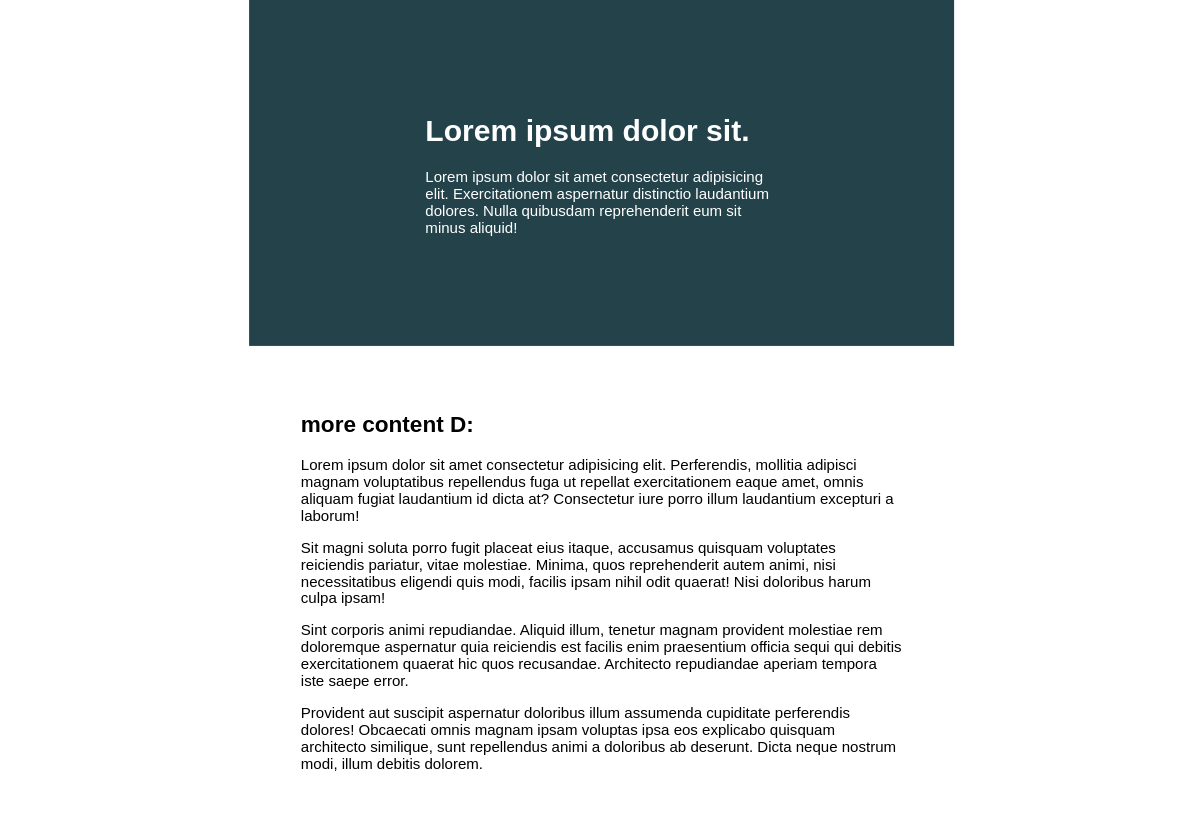
Repository: ufanodev/responsive-3
Page: index.html
The author's editor kept a copy of each file at every save. The page is drawn from the files as they stood at one save, then again after the next save.
The browser window is 1280 px wide. The pictures show the whole page, at 94% of full size.

Above is the page before, as saved 2022-12-10 19:43:09.

### index.html
<!DOCTYPE html>
<html lang="en">
<head>
    <meta charset="UTF-8">
    <meta name="viewport" content="width=device-width, initial-scale=1.0">
    <title>KP Responsive Course</title>

    <link rel="stylesheet" href="style.css">
</head>
<body>

    <div class="container">
        <div class="intro-content">
            <h1>Lorem ipsum dolor sit.</h1>
            <p>Lorem ipsum dolor sit amet consectetur adipisicing elit. Exercitationem aspernatur distinctio laudantium dolores. Nulla quibusdam reprehenderit eum sit minus aliquid!</p>
        </div>
    </div>

    <div class ="intro-content2">
        <h2>more content D:</h2>
            <p>Lorem ipsum dolor sit amet consectetur adipisicing elit. Perferendis, mollitia adipisci magnam voluptatibus repellendus fuga ut repellat exercitationem eaque amet, omnis aliquam fugiat laudantium id dicta at? Consectetur iure porro illum laudantium excepturi a laborum!</p>

            <p>Sit magni soluta porro fugit placeat eius itaque, accusamus quisquam voluptates reiciendis pariatur, vitae molestiae. Minima, quos reprehenderit autem animi, nisi necessitatibus eligendi quis modi, facilis ipsam nihil odit quaerat! Nisi doloribus harum culpa ipsam!</p>

            <p>Sint corporis animi repudiandae. Aliquid illum, tenetur magnam provident molestiae rem doloremque aspernatur quia reiciendis est facilis enim praesentium officia sequi qui debitis exercitationem quaerat hic quos recusandae. Architecto repudiandae aperiam tempora iste saepe error.</p>
            <p>Provident aut suscipit aspernatur doloribus illum assumenda cupiditate perferendis dolores! Obcaecati omnis magnam ipsam voluptas ipsa eos explicabo quisquam architecto similique, sunt repellendus animi a doloribus ab deserunt. Dicta neque nostrum modi, illum debitis dolorem.</p>
    </div>

</body>
</html>

### style.css
/* INSTRUCTIONS
 *
 * 1) Keep the text inside .intro-content
 *    in the same place, but have the background
 *    extend from one side of the viewport
 *    to the other, no matter how wide or narrow
 *    the browser is.
 *
 * 2) Limit the maximum width of the text in the
 *    bottom area.
 *
 * You may modify the HTML if needed
 * (you probably should for this challenge)
 *
 */

* {
  box-sizing: border-box;
}

body {
  margin: 0;
  font-family: sans-serif;
}

.container {
  width: 80%;
  max-width: 750px;
  margin: 0 auto;
  background: #23424a;
  color: white;
  padding: 50px 0;
}

.intro-content {
  width: 50%;
  max-width: 750px;
  margin: 0 auto;
  padding: 50px 0;
}

.intro-content2 {
  width: 50%;
  max-width: 750px;
  margin: 0 auto;
  padding: 50px 0;
}

After the next save:
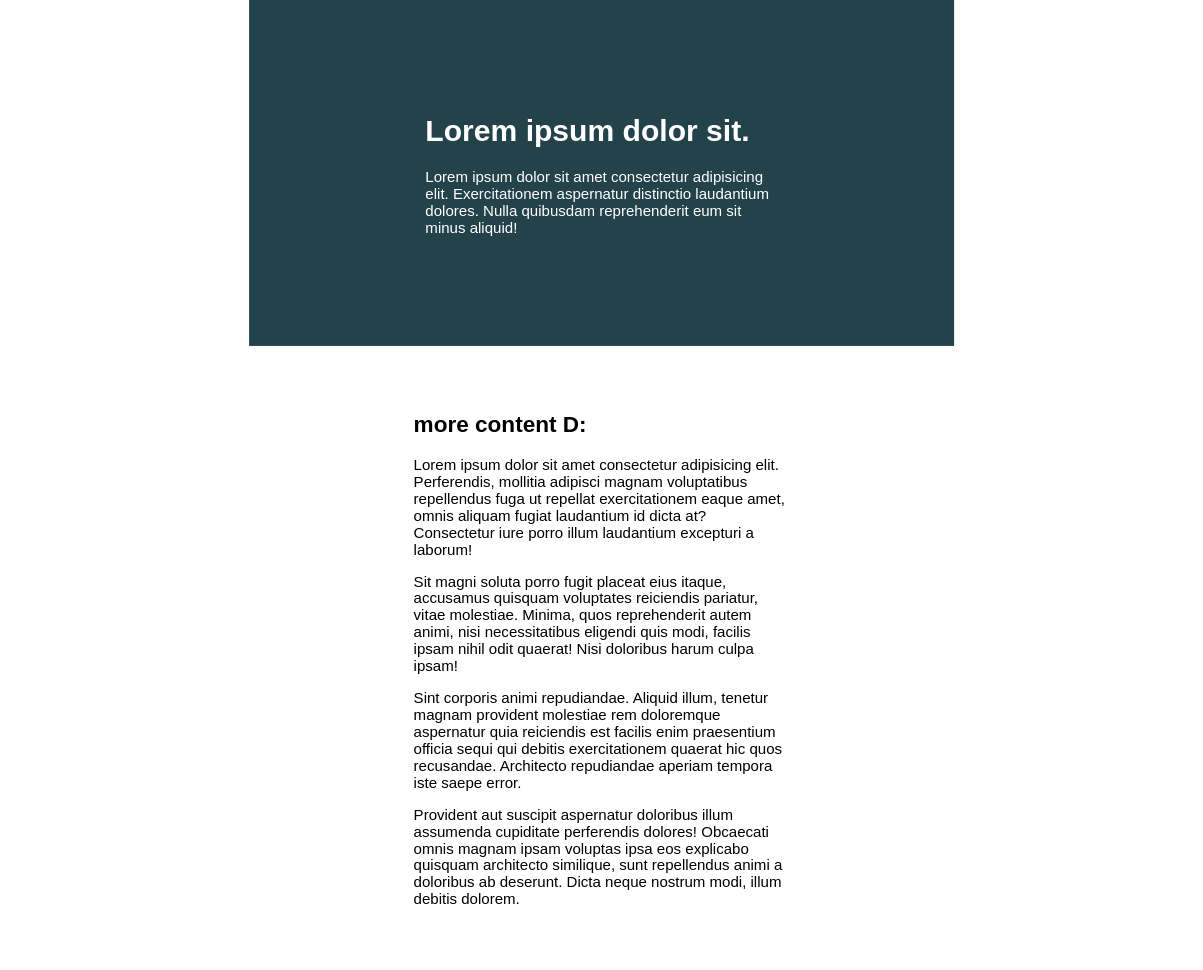
Saved 8 s later.
--- a/style.css
+++ b/style.css
@@ -41,7 +41,7 @@ body {
 
 .intro-content2 {
   width: 50%;
-  max-width: 750px;
+  max-width: 400px;
   margin: 0 auto;
   padding: 50px 0;
 }
